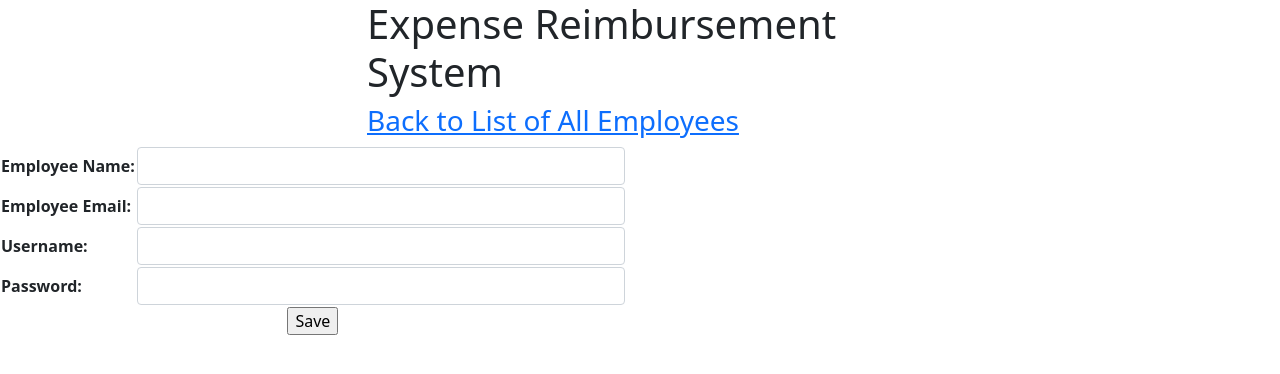
Repository: CCunningham0/project1
Page: http://localhost/reimbursement/employee-form.jsp
These files come from the project's save history. The page is drawn as it stood at one moment and after the next save; the edit follows.
The browser window is 1280 px wide. The pictures show the whole page.
The page is served by Tomcat 10. Other server files are loaded and not shown.

Above is the page before, as saved 2021-09-07 05:30:40.

### reimbursement/src/main/webapp/employee-form.jsp
<html>
<head>
<meta charset="UTF-8">
<title>Expense Reimbursement System</title>
<link href="https://cdn.jsdelivr.net/npm/bootstrap@5.1.0/dist/css/bootstrap.min.css" rel="stylesheet" integrity="sha384-KyZXEAg3QhqLMpG8r+8fhAXLRk2vvoC2f3B09zVXn8CA5QIVfZOJ3BCsw2P0p/We" crossorigin="anonymous">
<script src="https://cdn.jsdelivr.net/npm/bootstrap@5.1.0/dist/js/bootstrap.bundle.min.js" integrity="sha384-U1DAWAznBHeqEIlVSCgzq+c9gqGAJn5c/t99JyeKa9xxaYpSvHU5awsuZVVFIhvj" crossorigin="anonymous"></script>
<script type="text/javascript" language="javascript" src="https://code.jquery.com/jquery-3.5.1.js"></script>
<script type="text/javascript">
</script>

</head>

<body>



<div class="container">
<div class="row">
	<div class="col-md-3"></div>
	<div class="col-md-6">
	 <h1>Expense Reimbursement System</h1>
        <h3>
         <a href="employee-list.jsp">Back to List of All Employees</a>
        </h3>
	</div>
	<div class="col-md-3"></div>
</div>

</div>

   <form action="http://localhost:8080/reimbursement/EmployeeServlet?action=add" method="post">
        <table>
        <tr>
                <th>Employee Name: </th>
                <td>
                 <input class="form-control" type="text" name="name" size="45"

                  />
                </td>
            </tr>
            <tr>
                <th>Employee Email: </th>
                <td>
                 <input class="form-control"  type="text" name="email" size="45"

                 />
                </td>
            </tr>
            <tr>
                <th>Username: </th>
                <td>
                 <input class="form-control"  type="text" name="username" size="15"

                 />
                </td>
            </tr>
            <tr>
                <th>Password: </th>
                <td>
                 <input class="form-control" type="number" name="password" size="15"/>
                </td>
            </tr>
            <!-- <tr>
                <th>Type </th>
                <td>
				  <input type="radio" id="emp" name="type" value="Employee">
				  <label for="emp">Employee</label>
				  <br>
				  <input type="radio" id="manager" name="type" value="Finance manager">
				  <label for="manager">Finance manager</label>
                </td>
            </tr> -->
            <tr>
             <td colspan="2" align="center">
              <input type="submit" value="Save" />
             </td>
            </tr>
        </table>
   </form>
  </div>

</body>
</html>

After the next save:
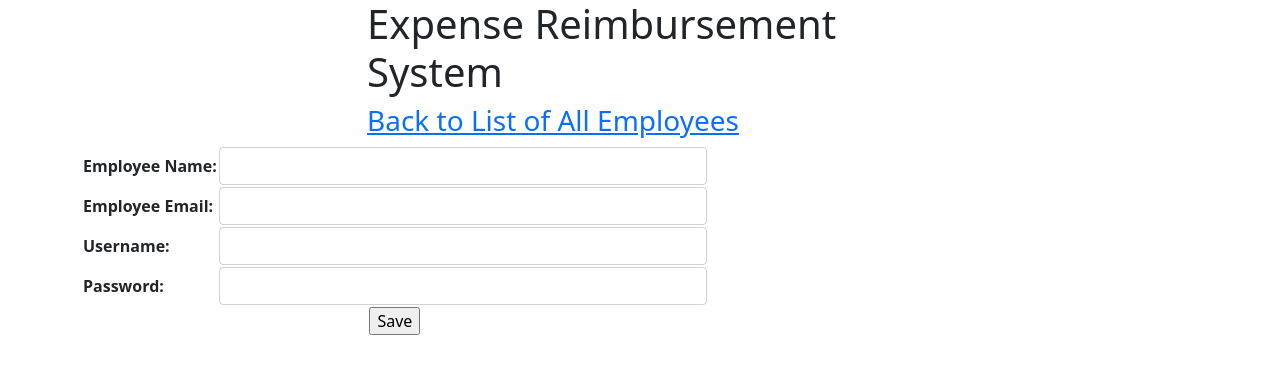
Saved 50 s later.
--- a/reimbursement/src/main/webapp/employee-form.jsp
+++ b/reimbursement/src/main/webapp/employee-form.jsp
@@ -23,12 +23,8 @@
          <a href="employee-list.jsp">Back to List of All Employees</a>
         </h3>
 	</div>
-	<div class="col-md-3"></div>
-</div>
 
-</div>
-
-   <form action="http://localhost:8080/reimbursement/EmployeeServlet?action=add" method="post">
+	<form action="http://localhost:8080/reimbursement/EmployeeServlet?action=add" method="post">
         <table>
         <tr>
                 <th>Employee Name: </th>
@@ -77,7 +73,15 @@
             </tr>
         </table>
    </form>
-  </div>
+
+
+
+
+	<div class="col-md-3"></div>
+</div>
+
+</div>
+
 
 </body>
 </html>
